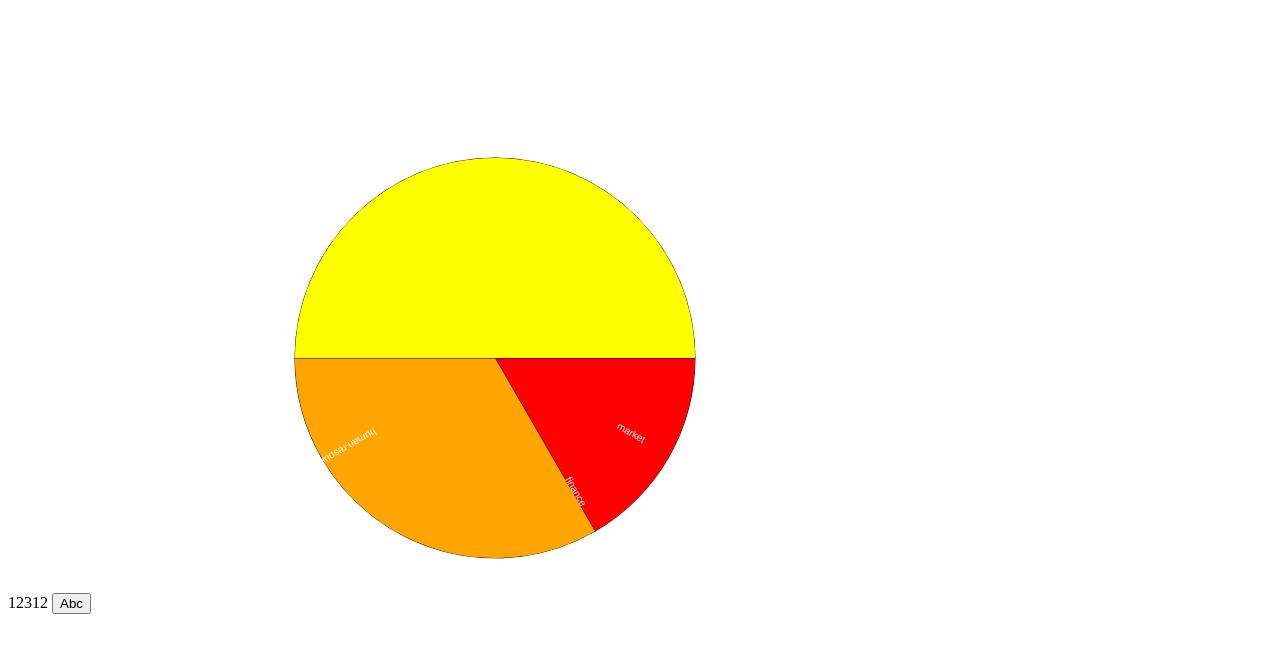
Repository: ycdtc/movie
Page: aaa/WebContent/index.html
These files come from the project's save history. The page is drawn as it stood at one moment and after the next save; the edit follows.
The browser window is 1280 px wide. The pictures show the whole page.
After loading, the first visible `#abc` was clicked once.

Above is the page before, as saved 2017-06-20 07:59:25.

### aaa/WebContent/index.html
                                                                                                                                                                                                                                                                                                                                                                                                                                                                                                                                                                                                                                                                                                                                                                                                                                                                                                                                                                                                                                                                                                                                                                                                                                                                                                                                                                                                                                                                                                                                                                                                                                                                                                                                                                                                                                                                                                                                                                                                                                                                                                                                                                                                                                                                                                                                                                                                                                                                                                                               <!DOCTYPE html><html>
<head>
<meta charset="UTF-8">
<script type="text/javascript" src="javascript/jquery.min.js"></script>
<script type="text/javascript" src="javascript/base.js"></script>
<title>Insert title here</title>
</head>
<body>
12312
<button id="abc">Abc</button>
<canvas id="can1" height="600" width="800"></canvas>
</body>
<script>
	$("#abc").click(function(e){
		//location.href = "hr.html?id=123"
		drawPie("can1",[10,20,30],["market","human resource","finance"]);
	});


</script>
</html>

### aaa/WebContent/javascript/base.js
/**
 *
 */
var colors = ["red","orange","yellow","green","blue","purple","black"];
function getRequest() {
	var url = location.search;
	var paras = url.substr(1).split("&");
	var res = new Object();
	for(var i=0;i<paras.length;i++){
		res[paras[i].split("=")[0]] = paras[i].split("=")[1];
	}
	return res;
}

function drawPie(chart,value,name){
	var can = document.getElementById(chart);

	var ctx = can.getContext("2d");
	var start = 0;
	var end = 0;
	ctx.translate(400,350);
	var sum = 0;
	for(var i=0;i<value.length;i++){
		sum += value[i];
	}
	for(var i=0;i<value.length;i++){
		start = end;
		end += value[i]/sum * 2 * Math.PI;
		ctx.fillStyle = colors[i];
		ctx.beginPath();
		ctx.moveTo(0,0);
		ctx.arc(0,0,200,start,end);
		ctx.closePath();
		ctx.stroke();
		ctx.fill();
	}
	start = 0;
	end = 0;
	for(var i=0;i<value.length;i++){
		start = end;
		end += value[i]/sum * 2 * Math.PI;
		ctx.rotate((start+end)/2);
		//ctx.font = "25px scans-serif";
		ctx.fillStyle = "white";
		ctx.fillText(name[i], 140 , 0);
	}
	ctx.rotate(-Math.PI/6);
}

Loaded but not shown: aaa/WebContent/javascript/jquery.min.js (library)

After the next save:
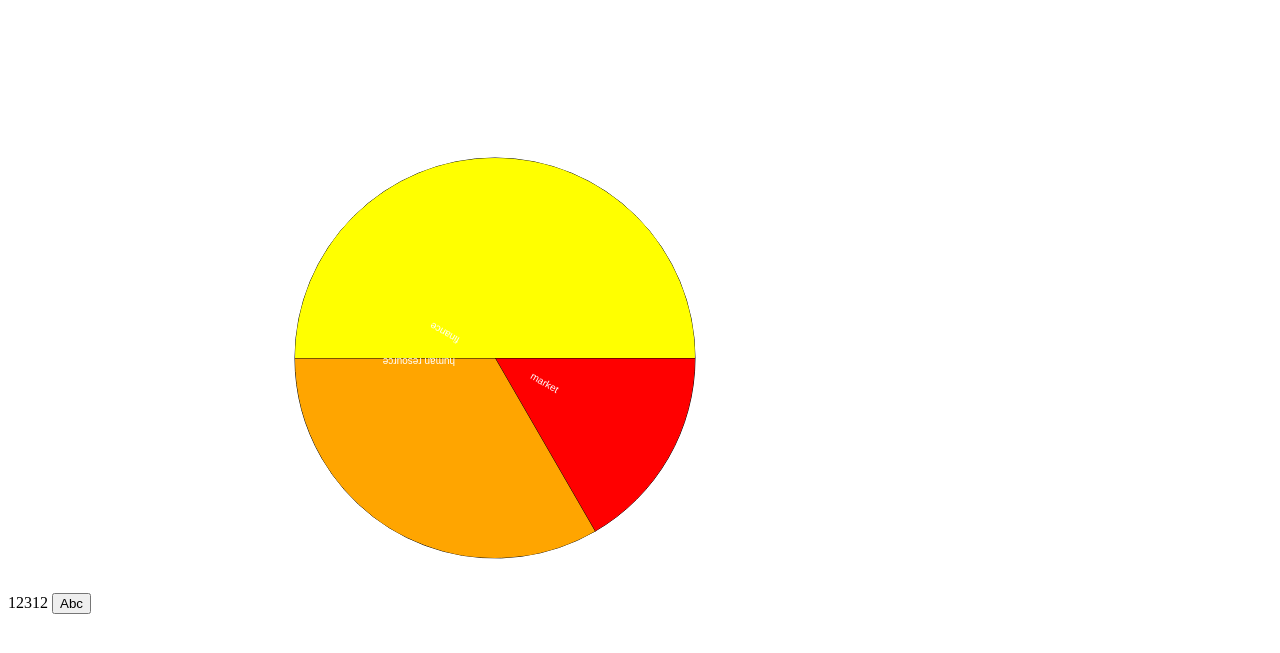
Saved 7 min 44 s later.
--- a/aaa/WebContent/javascript/base.js
+++ b/aaa/WebContent/javascript/base.js
@@ -36,13 +36,15 @@ function drawPie(chart,value,name){
 	}
 	start = 0;
 	end = 0;
+	var now = 0 ;
 	for(var i=0;i<value.length;i++){
 		start = end;
 		end += value[i]/sum * 2 * Math.PI;
-		ctx.rotate((start+end)/2);
+		ctx.rotate(now + (start+end)/2);
+		now = (start+end)/2;
 		//ctx.font = "25px scans-serif";
 		ctx.fillStyle = "white";
-		ctx.fillText(name[i], 140 , 0);
+		ctx.fillText(name[i], 40 , 0);
 	}
 	ctx.rotate(-Math.PI/6);
 }
